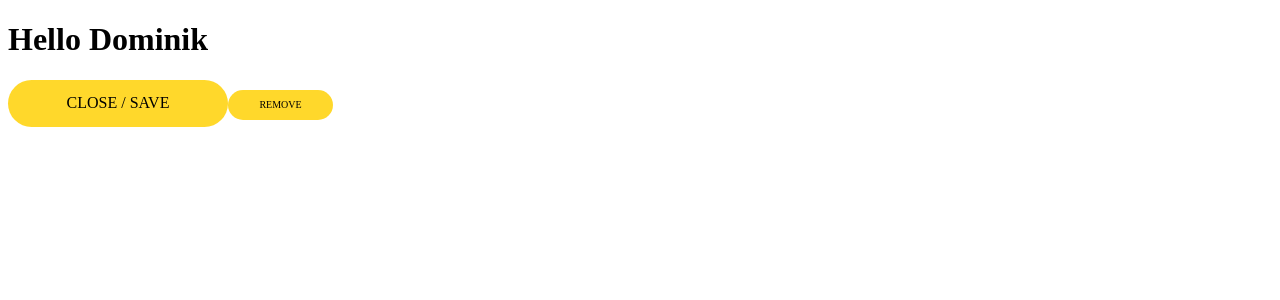
Repository: K009/entertainment-you-need
Page: /
An editor plug-in stored every save of this project. The page is shown before and after the next save, followed by the edit.
The browser window is 1280 px wide. The pictures show the whole page.
The project was rebuilt for these pictures with package versions that can differ from the ones it lists, and the page was loaded fresh each time.

Above is the page before, as saved 2020-06-26 14:52:50.

### src/index.js
import React from 'react';
import ReactDOM from 'react-dom';
import Root from './views/Root/Root';

ReactDOM.render(
  <React.StrictMode>
    <Root />
  </React.StrictMode>,
  document.getElementById('root'),
);

### src/views/Root/Root.js
import React from 'react';
import styled from 'styled-components';
import Button from '../../components/Button/Button';

const App = () => (
  <div>
    <h1>Hello Dominik</h1>
    <Button>Close / Save</Button>
    <Button secondary>Remove</Button>
  </div>
);

export default App;

### src/components/Button/Button.js
import React from 'react';
import styled, { css } from 'styled-components';

const Button = styled.button`
  @import url('https://fonts.googleapis.com/css2?family=Montserrat&display=swap');
  padding: 0;
  background-color: ${({ secondary }) => (secondary ? '#e6e6e6' : '#ffd82b')};
  width: ${({ secondary }) => (secondary ? '105px' : '220px')};
  height: ${({ secondary }) => (secondary ? '30px' : '47px')};
  border: none;
  border-radius: 50px;
  font-family: 'Montserrat';
  font-weight: 500;
  font-size: ${({ secondary }) => (secondary ? '10px' : '16px')};
  text-transform: uppercase;

  ${(
    { secondary }, //jesli pierwsza i druga jest prawdziwa zwraca zawartosc drugiej
  ) =>
    secondary &&
    css`
      background-color: #ffd82b;
      width: 105px;
      height: 30px;
      font-size: 10px;
    `}
`;

export default Button;

Loaded but not shown: public/index.html (common file)

After the next save:
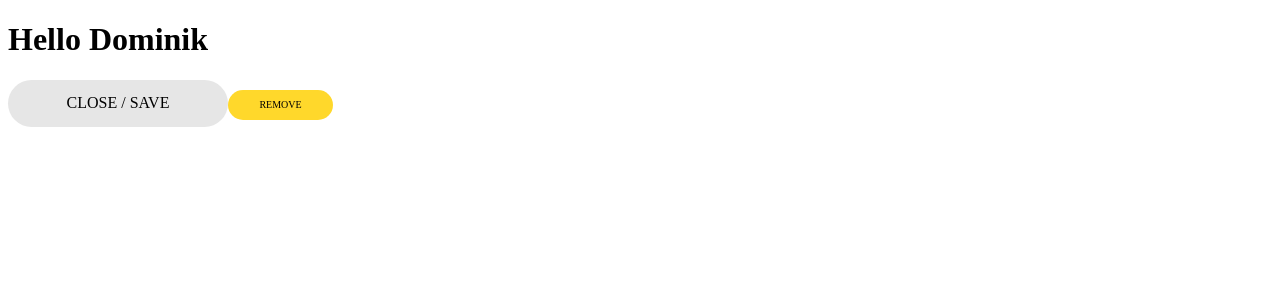
Saved 35 s later.
--- a/src/components/Button/Button.js
+++ b/src/components/Button/Button.js
@@ -4,7 +4,7 @@ import styled, { css } from 'styled-components';
 const Button = styled.button`
   @import url('https://fonts.googleapis.com/css2?family=Montserrat&display=swap');
   padding: 0;
-  background-color: ${({ secondary }) => (secondary ? '#e6e6e6' : '#ffd82b')};
+  background-color: #e6e6e6;
   width: ${({ secondary }) => (secondary ? '105px' : '220px')};
   height: ${({ secondary }) => (secondary ? '30px' : '47px')};
   border: none;
